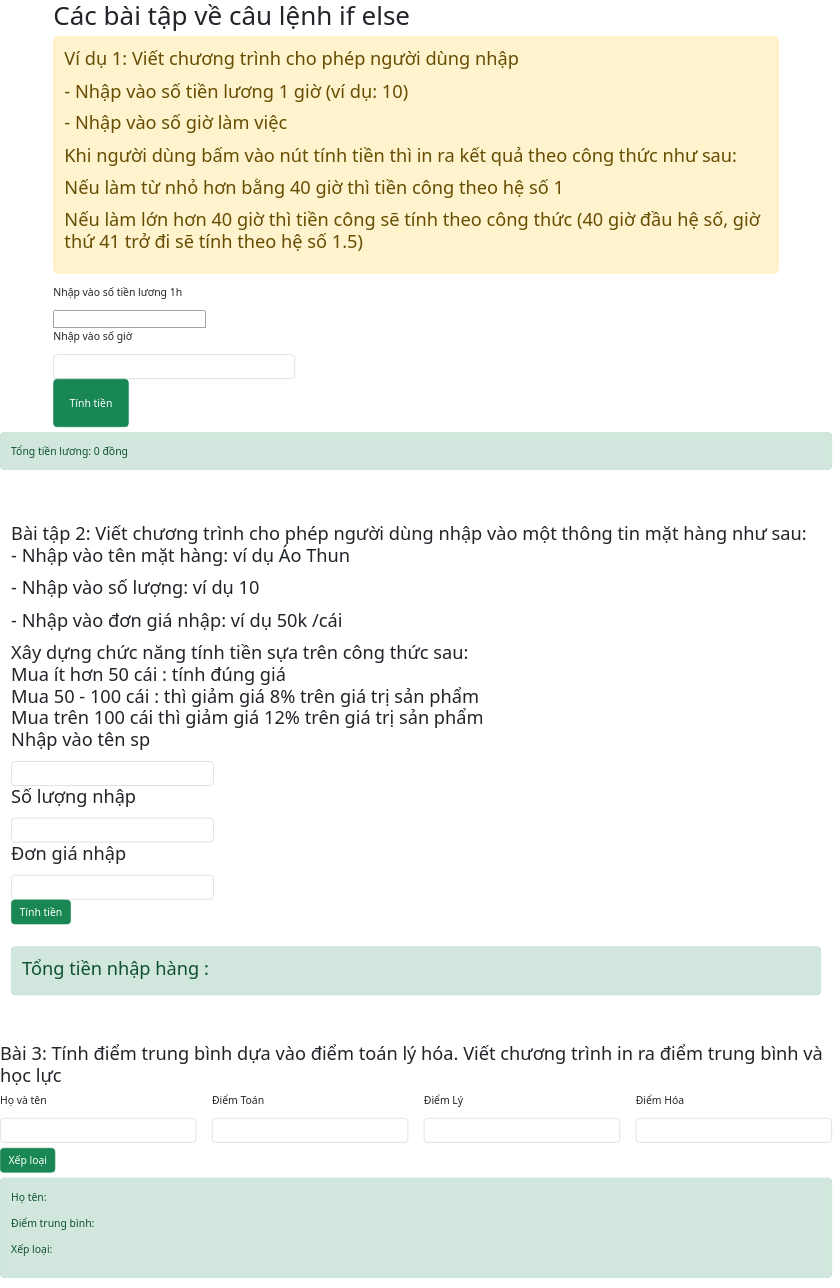
Repository: hcozyph/cyberSoft_JS_fulldocs
Page: JS_4/index.html
An editor plug-in stored every save of this project. The page is shown before and after the next save, followed by the edit.
The browser window is 1280 px wide. The page is 1292 px wide, so the pictures cover 1292 px, including what lies to the right of the window. The pictures show the whole page, at 65% of full size.

Above is the page before, as saved 2023-02-05 09:49:19.

### JS_4/index.html
<!DOCTYPE html>
<html lang="en">
    <head>
        <title>Title</title>
        <!-- Required meta tags -->
        <meta charset="utf-8" />
        <meta
            name="viewport"
            content="width=device-width, initial-scale=1, shrink-to-fit=no"
        />

        <!-- Bootstrap CSS v5.2.1 -->
        <link
            href="https://cdn.jsdelivr.net/npm/bootstrap@5.2.1/dist/css/bootstrap.min.css"
            rel="stylesheet"
            integrity="sha384-iYQeCzEYFbKjA/T2uDLTpkwGzCiq6soy8tYaI1GyVh/UjpbCx/TYkiZhlZB6+fzT"
            crossorigin="anonymous"
        />

        <!-- link index.css -->
        <link rel="stylesheet" href="./CSS/index.css" />
    </head>

    <body>
        <div class="container">
            <h1>Các bài tập về câu lệnh if else</h1>
            <h3 class="alert alert-warning">
                <p>Ví dụ 1: Viết chương trình cho phép người dùng nhập</p>

                <p>- Nhập vào số tiền lương 1 giờ (ví dụ: 10)</p>

                <p>- Nhập vào số giờ làm việc</p>

                <p>
                    Khi người dùng bấm vào nút tính tiền thì in ra kết quả theo
                    công thức như sau:
                </p>

                <p>Nếu làm từ nhỏ hơn bằng 40 giờ thì tiền công theo hệ số 1</p>

                <p>
                    Nếu làm lớn hơn 40 giờ thì tiền công sẽ tính theo công thức
                    (40 giờ đầu hệ số, giờ thứ 41 trở đi sẽ tính theo hệ số 1.5)
                </p>
            </h3>

            <div class="from-group-row">
                <div class="col-4">
                    <p>Nhập vào số tiền lương 1h</p>
                    <input type="" id="tienLuong1h" class="from-control" />
                </div>

                <div class="col-4">
                    <p>Nhập vào số giờ</p>
                    <input type="text" id="soGioLam" class="form-control" />
                </div>

                <div class="col-4">
                    <button
                        id="btnTinhTien"
                        class="btn btn-success d-inline-block p-4"
                        onclick="tinhTienLuong()"
                    >
                        Tính tiền
                    </button>
                </div>
            </div>
        </div>

        <div class="form-group mt-2">
            <p class="alert alert-success">
                Tổng tiền lương: <span id="tongLuong">0 đồng</span>
            </p>
        </div>

        <br />
        <br />

        <h3 class="alert alert-morning">
            Bài tập 2: Viết chương trình cho phép người dùng nhập vào một thông
            tin mặt hàng như sau:

            <p>- Nhập vào tên mặt hàng: ví dụ Áo Thun</p>

            <p>- Nhập vào số lượng: ví dụ 10</p>

            <p>- Nhập vào đơn giá nhập: ví dụ 50k /cái</p>

            Xây dựng chức năng tính tiền sựa trên công thức sau:
            <br />
            Mua ít hơn 50 cái : tính đúng giá
            <br />
            Mua 50 - 100 cái : thì giảm giá 8% trên giá trị sản phẩm
            <br />
            Mua trên 100 cái thì giảm giá 12% trên giá trị sản phẩm

            <div class="form-group-row">
                <div class="col-3">
                    <p>Nhập vào tên sp</p>
                    <input
                        type="text"
                        name=""
                        id="tenSanPham"
                        class="form-control"
                    />
                </div>

                <div class="col-3">
                    <p>Số lượng nhập</p>
                    <input
                        type="text"
                        name=""
                        id="soLuongNhap"
                        class="form-control"
                    />
                </div>

                <div class="col-3">
                    <p>Đơn giá nhập</p>
                    <input
                        type="text"
                        name=""
                        id="soLuongNhap"
                        class="form-control"
                    />
                </div>

                <div class="col-3">
                    <button
                        id="btnTinhTienHang"
                        class="btn btn-success"
                        onclick="tinhTienHang()"
                    >
                        Tính tiền
                    </button>
                </div>
            </div>

            <br />

            <div class="alert alert-success">
                <h3>Tổng tiền nhập hàng : <span id="tongTienHang"></span></h3>
            </div>
        </h3>
        <br />

        <h3>
            Bài 3: Tính điểm trung bình dựa vào điểm toán lý hóa. Viết chương
            trình in ra điểm trung bình và học lực
        </h3>

        <div class="form-group row">
            <div class="col-3">
                <p>Họ và tên</p>
                <input type="text" class="form-control" id="hoVaTen" />
            </div>

            <div class="col-3">
                <p>Điểm Toán</p>
                <input type="text" class="form-control" id="diemToan" />
            </div>

            <div class="col-3">
                <p>Điểm Lý</p>
                <input type="text" class="form-control" id="diemLy" />
            </div>

            <div class="col-3">
                <p>Điểm Hóa</p>
                <input type="text" class="form-control" id="diemHoa" />
            </div>
        </div>

        <div class="form-group">
            <button id="btnXepLoai" class="btn btn-success my-2">
                Xếp loại
            </button>
        </div>

        <div class="alert alert-success">
            <p>Họ tên: <span id="out-put-ho-ten"></span></p>

            <p>Điểm trung bình: <span id="out-put-diem-trung-binh"></span></p>

            <p>Xếp loại: <span id="out-put-xep-loai"></span></p>
        </div>

        <!-- Bootstrap JavaScript Libraries -->
        <script
            src="https://cdn.jsdelivr.net/npm/@popperjs/core@2.11.6/dist/umd/popper.min.js"
            integrity="sha384-oBqDVmMz9ATKxIep9tiCxS/Z9fNfEXiDAYTujMAeBAsjFuCZSmKbSSUnQlmh/jp3"
            crossorigin="anonymous"
        ></script>

        <script
            src="https://cdn.jsdelivr.net/npm/bootstrap@5.2.1/dist/js/bootstrap.min.js"
            integrity="sha384-7VPbUDkoPSGFnVtYi0QogXtr74QeVeeIs99Qfg5YCF+TidwNdjvaKZX19NZ/e6oz"
            crossorigin="anonymous"
        ></script>

        <!-- link index.js -->
        <script src="./JS/index.js"></script>
    </body>
</html>

### JS_4/JS/index.js
/////// TOÁN TỬ LUẬN LÝ
//Ví dụ 1: về TRUE & FALSE
var number1 = '10';
var number2 = 10;

/// '==' : bằng
console.log('==', number1 == number2);

/// '!=' : khác
console.log('!==', number1 != number2);

/// '===' : so sánh bằng giá trị trước và kiểu dữ liệu
console.log ('===', number1 === number2);

/// '!==' : khác và khác kiểu dữ liệu
console.log ('!==', number1 !== number2);

/// '>' : lớn hơn
console.log ('>', number1 > number2 );

/// '>=' : lớn hơn hoặc bằng
console.log ('>=', number1 >= number2 );

/////// TOÁN TỬ SO SÁNH

var bieuThucA = true;
var bieuThucB = true;
var bieuThucC = false;


/// '!' : phủ định
console.log ('phủ định', !bieuThucA)

/// '&&' : và - tất cả phải đều đúng
console.log ('và', bieuThucA && bieuThucB) //true

console.log ('và', bieuThucA && bieuThucB && bieuThucC) //false

/// '||' : hoặc - chỉ cần 1 biểu thức đúng
console.log ('và', bieuThucA || bieuThucB && bieuThucC) //false


///////////// IF

//Ví dụ 2: Tính điểm thi , xếp loại

//input
var dtb = 5 ;
var hanhKiem = 5;

//output
var ketQua = '';

//Viết chương trình xem sinh viên có đậu hay không, nếu đạu in ra console.log('Đậu'). Biết rằng trung bình trên 5 và hanhKiem trên 5 thì mới đậu

if (dtb >= 5 && hanhKiem >= 5) {
    console.log ('Đậu');
};
// else {
//     ketqua = 'Rớt'

function tinhTienLuong () {
    // input
    var tienLuong1h = document.getElementById('tienLuong1h').value;
    var soGioLam = document.getElementById('soGioLam').value;

    //output
    var tongLuong = 0;

    // process
    if (soGioLam <= 40) {
        tongLuong = soGioLam * tienLuong1h;}

    else {
        tongLuong = (soGioLam - 40) * 1.5 * tienLuong1h + soGioLam * tienLuong1h;
        console.log(tongLuong)
    };

    document.getElementById('tongLuong').innerHTML = tongLuong;
};


// var btn = document.getElementById('btnTinhTien');
// btn.onclick = tinhTienLuong;


/////BT 2:

function tinhTienHang () {
    // input
    var tenSanPham = document.getElementById('tenSanPham');

    var soLuongNhap = document.getElementById('soLuongNhap').value;

    var donGiaNhap = document.getElementById('donGiaNhap').value;

    //output
    var tongTienHang = 0;

    // process

    if (soLuongNhap < 50) {
        tongTienHang = soLuongNhap * donGiaNhap
    } else if (soLuongNhap > 100) {
        tongTienHang = soLuongNhap * donGiaNhap * 0.92
    } else {
        tongTienHang = soLuongNhap * donGiaNhap * 0.88
    }

    document.getElementById('tongTienHang').innerHTML = tongTienHang;

}

// Biểu thức 3 ngôi thay thế if else
// Ví dụ: cho 1 số tự nhiên, cho biết số đó là số chắn hay lẻ

var n = 9 ;

/*  if (n % 2 == 0) {
        console.log('số chẵn');
    else {
        console.log('số lẻ');
    }
}
*/

// 3 ngôi

/// Viết chưo

/// TÍNH ĐIỂM TRUNG BÌNH TOÁN - LÝ - HÓA

document.getElementById('btnXepLoai').onclick = function () {

    //input
    var hoVaTen = document.getElementById('hoVaTen').value;

    var diemToan = Number(document.getElementById('diemToan').value);

    var diemLy = Number(document.getElementById('diemLy').value);

    var diemHoa = Number(document.getElementById('diemHoa').value);

    //output
    var xepLoai = '';

    //process
    var diemTrungBinh = tinhDiemTrungBinh( diemToan,diemLy,diemHoa ) ;

    console.log(diemTrungBinh);

    if (diemTrungBinh >= 8.5) {
        xepLoai =  'Giỏi' ;
    }
    else if (diemTrungBinh>= 6.5) {
        xepLoai = 'Khá'
    }
    else if (diemTrungBinh < 5) {
        xepLoai =  'Kém';
    }
    else {
        xepLoai = 'Trung bình';
    }

    document.getElementById('out-put-ho-ten').innerHTML = hoVaTen;

    document.getElementById('out-put-diem-trung-binh').innerHTML = diemTrungBinh.toFixed(2) + " điểm" ;

    document.getElementById('out-put-xep-loai').innerHTML = xepLoai;

}

function tinhDiemTrungBinh (diem1,diem2,diem3) {
    var diemTrungBinh = 0;
    diemTrungBinh = (diem1 + diem2 + diem3) / 3;
    return diemTrungBinh
}

Loaded but not shown: JS_4/CSS/index.css (common file)

After the next save:
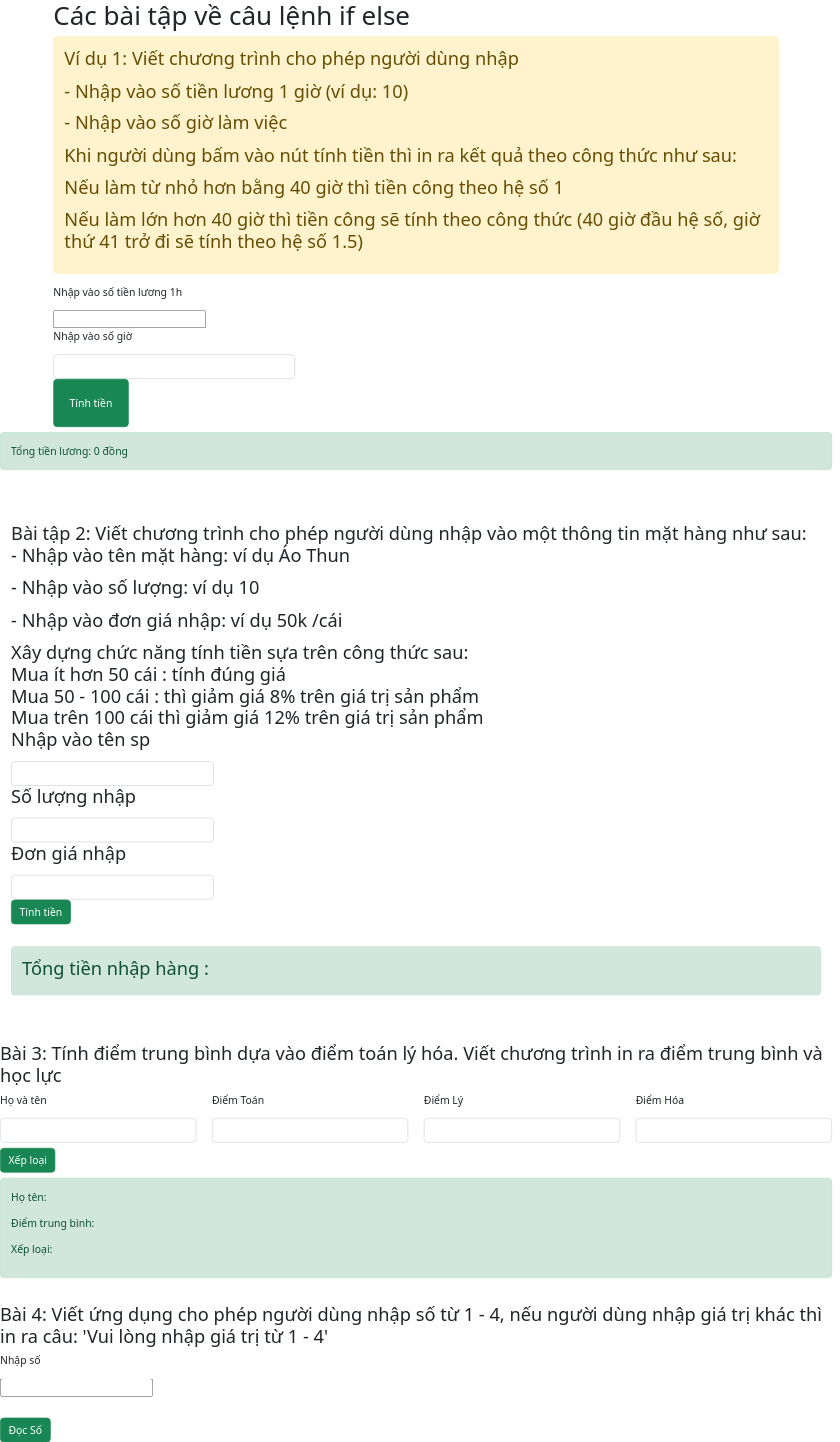
Saved 6 min 28 s later.
--- a/JS_4/index.html
+++ b/JS_4/index.html
@@ -185,6 +185,25 @@
             <p>Xếp loại: <span id="out-put-xep-loai"></span></p>
         </div>
 
+        <br />
+
+        <!--NHẬP SỐ - ĐỌC SỐ-->
+        <h3>
+            Bài 4: Viết ứng dụng cho phép người dùng nhập số từ 1 - 4, nếu người
+            dùng nhập giá trị khác thì in ra câu: 'Vui lòng nhập giá trị từ 1 -
+            4'
+        </h3>
+
+        <div class="form-group">
+            <p>Nhập số</p>
+
+            <input type="text" id="nhapSo" />
+
+            <br />
+            <br />
+            <button class="btn btn-success mt-2" id="btnDocSo">Đọc Số</button>
+        </div>
+
         <!-- Bootstrap JavaScript Libraries -->
         <script
             src="https://cdn.jsdelivr.net/npm/@popperjs/core@2.11.6/dist/umd/popper.min.js"
